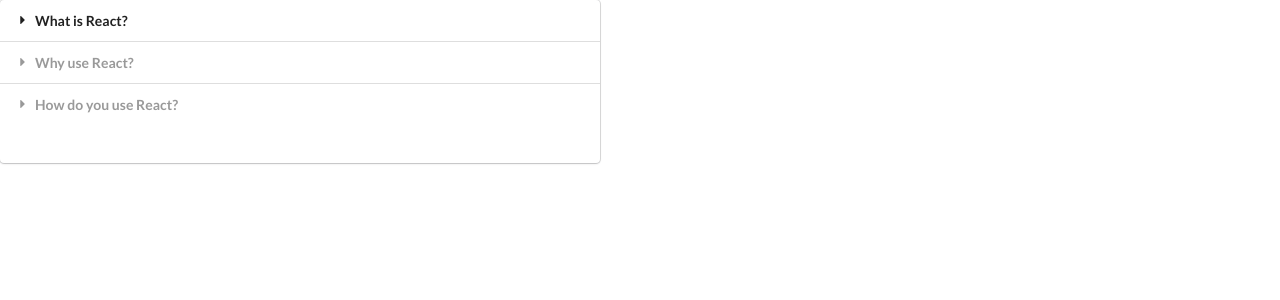
Repository: DaveBaulch/react-course-widgets
Page: /
An editor plug-in stored every save of this project. The page is shown before and after a run of saves, followed by the edit.
The browser window is 1280 px wide. The pictures show the whole page.
The project was rebuilt for these pictures with package versions that can differ from the ones it lists, and the page was loaded fresh each time.

Above is the page before, as saved 2020-12-04 16:32:07.

After the next 2 saves:
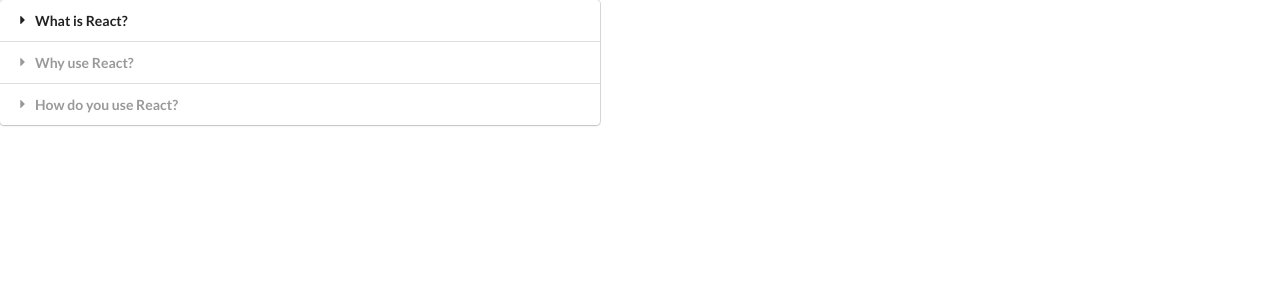
The 2 saves are shown as one change because they came seconds apart.
The last was saved 5 s later.
--- a/src/components/Accordion.js
+++ b/src/components/Accordion.js
@@ -29,7 +29,7 @@
   return (
     <div className="ui styled accordion">
       {renderedItems}
-      <h1>{activeIndex}</h1>
+      {activeIndex}
     </div>
   );
 };
